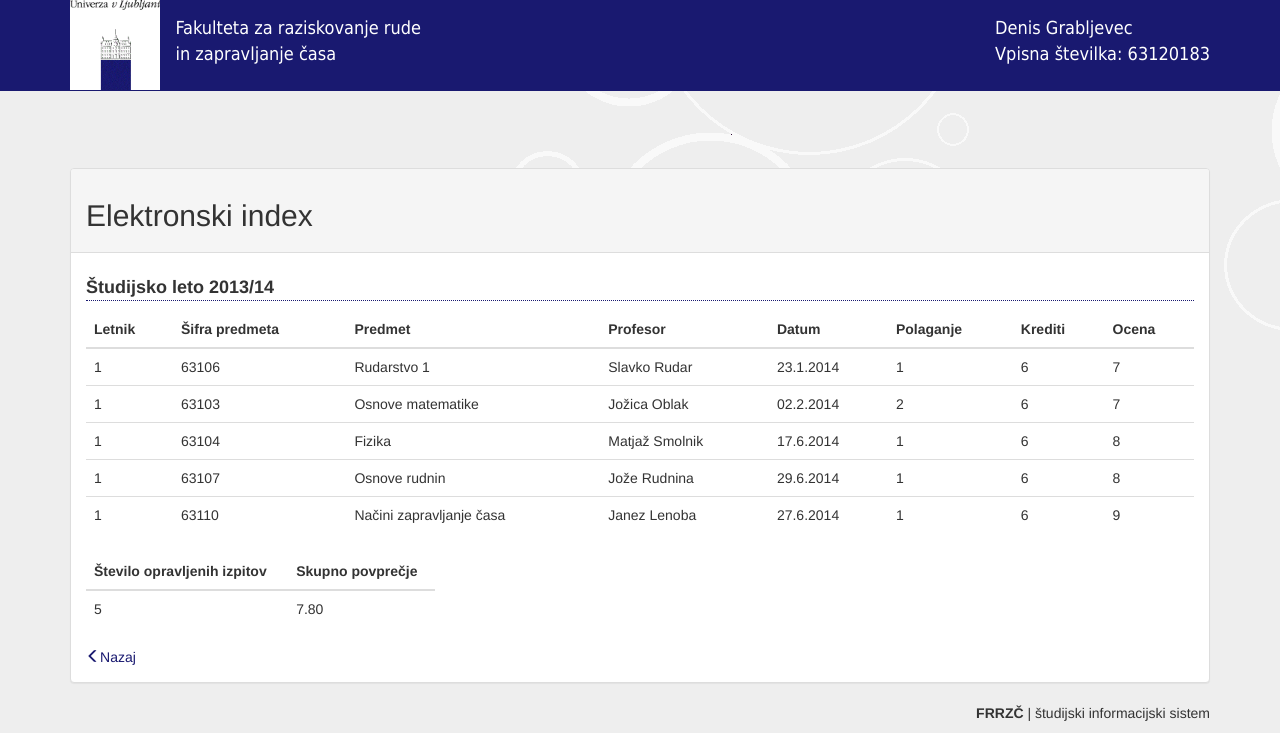
Repository: Denten7/e-student
Page: client/views/student-index.html
The author's editor kept a record of every edit. The page is drawn from the files as they stood at one moment, then again after the next edit.
The browser window is 1280 px wide. The pictures show the whole page.

Above is the page before.

After the next edit:
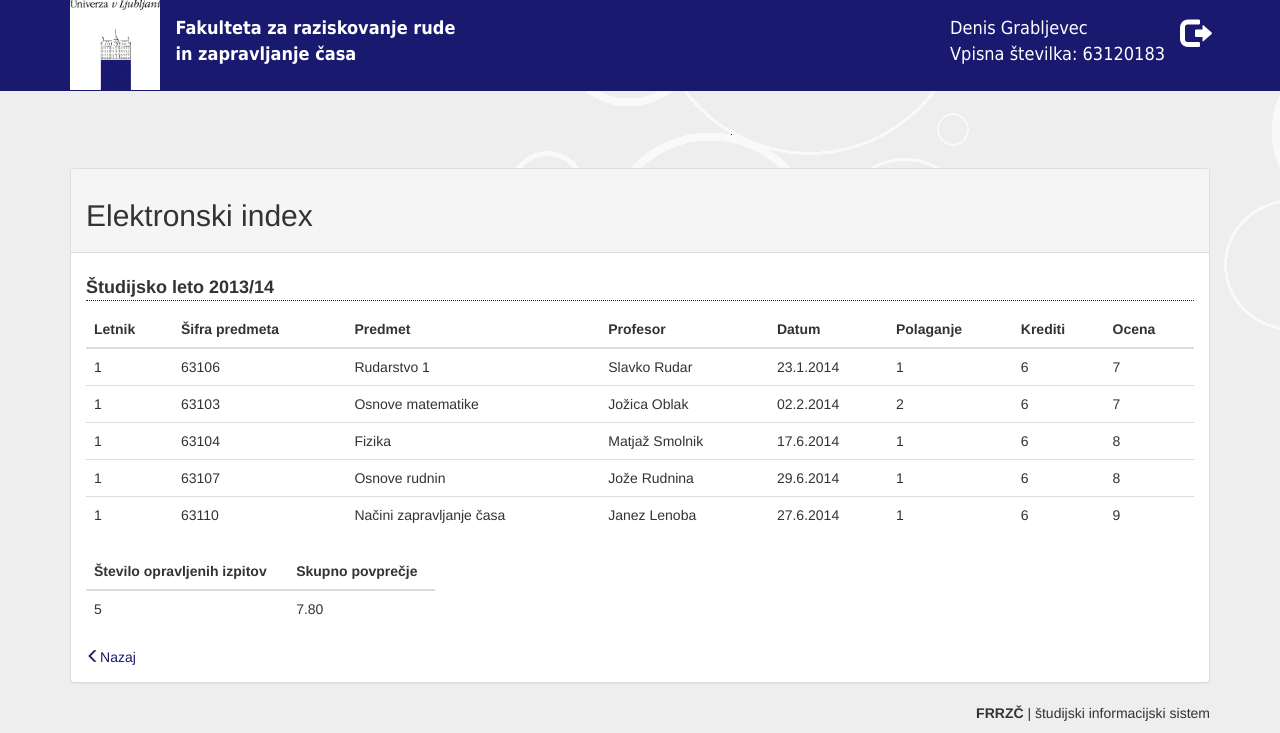
The edit:
--- a/client/views/student-index.html
+++ b/client/views/student-index.html
@@ -38,7 +38,8 @@
                 </a>
 
             </div>
-            <p class="navbar-left navbar-text">Fakulteta za raziskovanje rude</br> in zapravljanje časa</p>
+            <p class="navbar-left navbar-text fakulteta">Fakulteta za raziskovanje rude<br> in zapravljanje časa</p>
+            <a href="../index.html" class="navbar-text navbar-right glyphicon-logoff"><span class="glyphicon glyphicon-log-out" aria-hidden="true"></span></a>
             <p class="navbar-right navbar-text idUporabnik">Denis Grabljevec</br>Vpisna številka: 63120183</p>
         </div>
     </nav>
